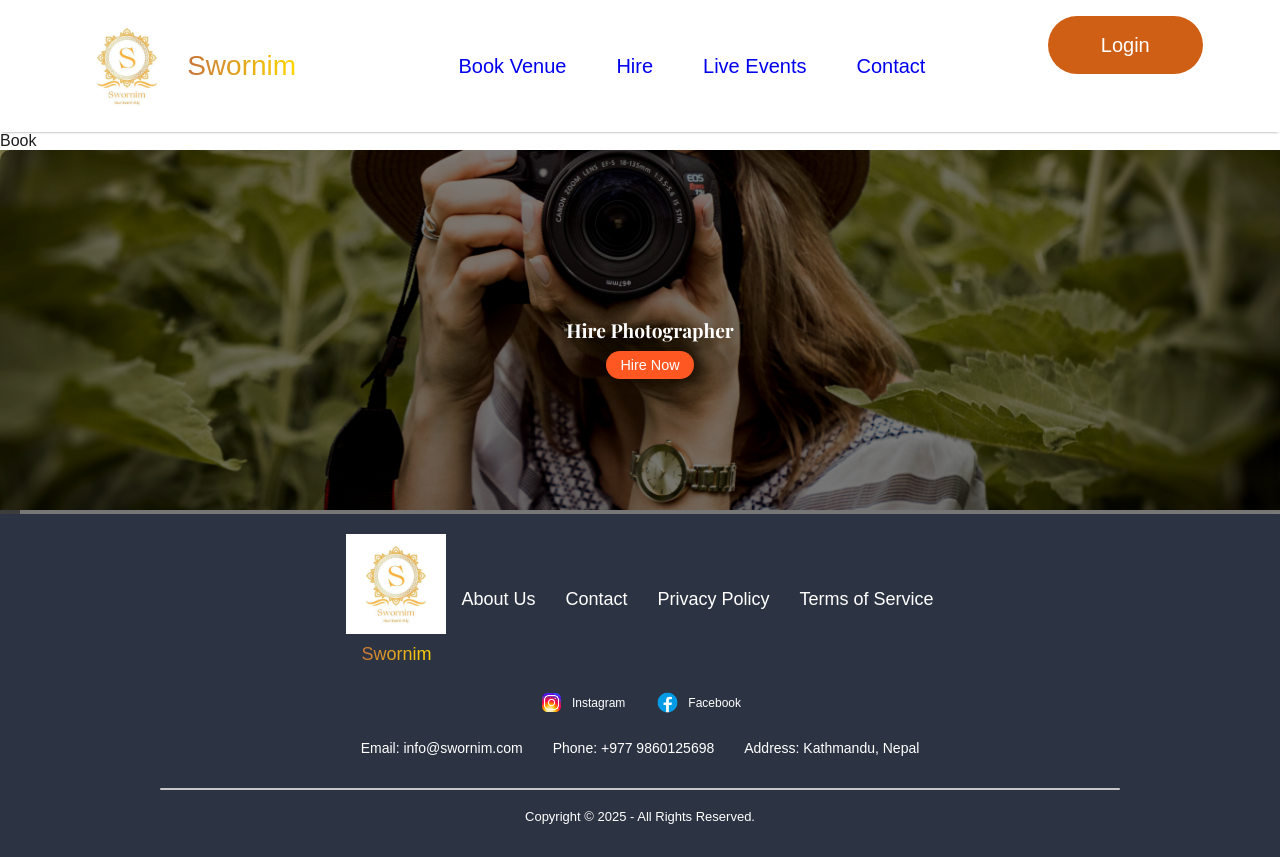
Repository: leonischu/Swornim
Page: / (app in frontend/)
The author's editor kept a copy of each file at every save. The page is drawn from the files as they stood at one save, then again after the next save.
The browser window is 1280 px wide. The pictures show the whole page.
Pictures or frames that could not be fetched are drawn as grey boxes. The project was rebuilt for these pictures with package versions that can differ from the ones it lists, and the page was loaded fresh each time. Also part of the build but not shown: frontend/src/App.css, frontend/src/Pages/Contact.jsx, frontend/src/Pages/LoginSignup.jsx.

Above is the page before, as saved 2025-06-01 19:17:24.

After the next save:
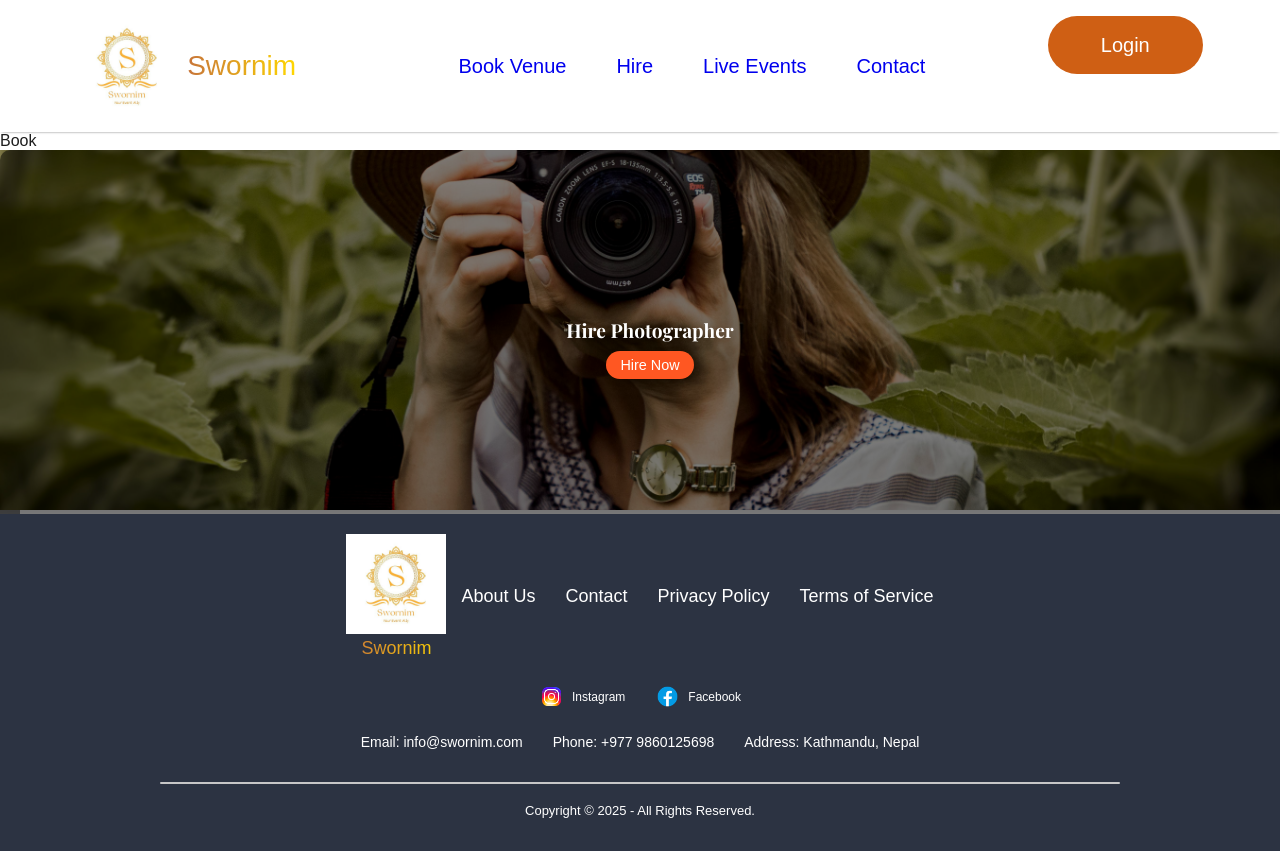
Saved 27 s later.
--- a/frontend/src/Components/Footer/Footer.css
+++ b/frontend/src/Components/Footer/Footer.css
@@ -12,7 +12,7 @@
 
 /* Top section with logo and links */
 .footer-top {
-   display: flex;
+display: flex;
   justify-content: center;
   align-items: center;
   gap: 15px;
@@ -22,7 +22,7 @@
 }
 
 .footer_logo {
-  display: flex;
+  /* display: flex; */
   flex-direction: column;
   align-items: center;
   gap: 10px;

After the save that followed:
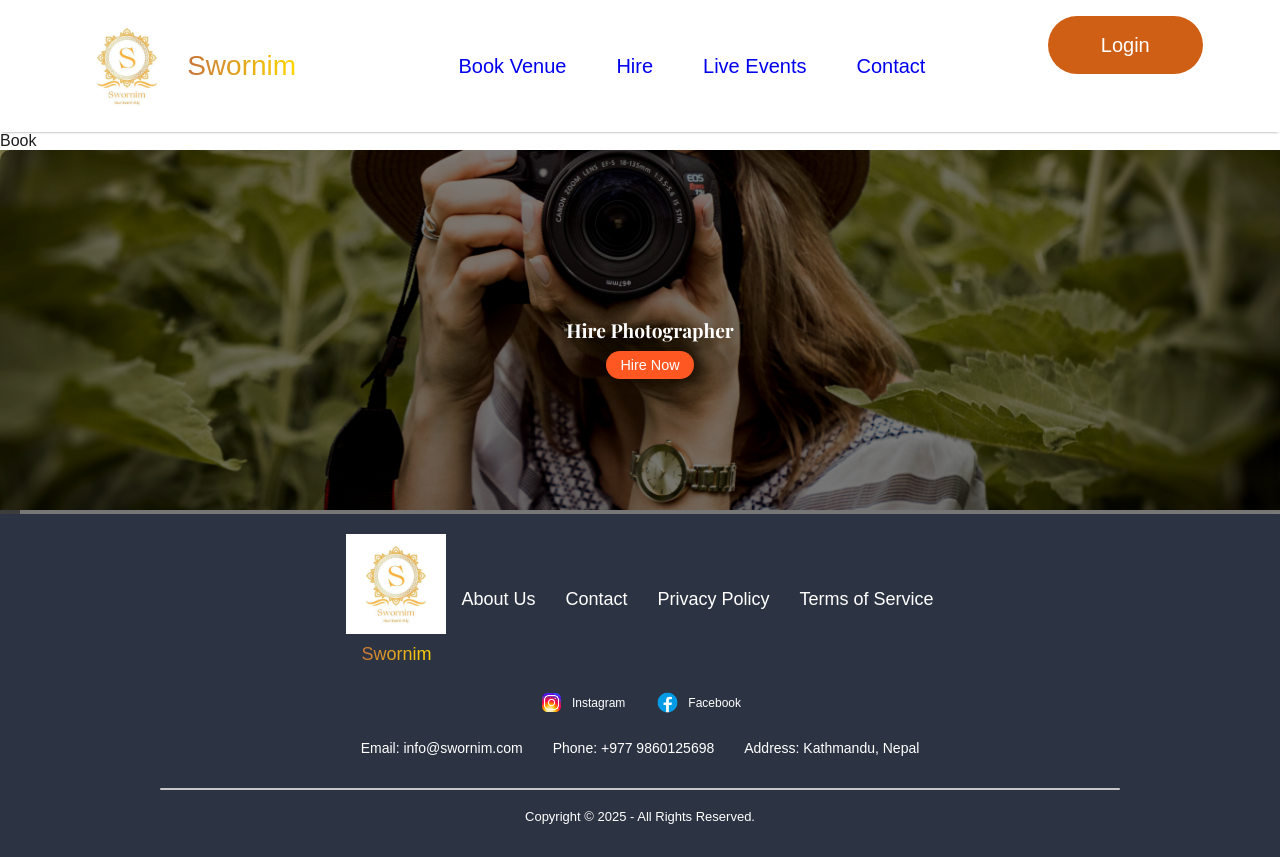
Saved 9 s later.
--- a/frontend/src/Components/Footer/Footer.css
+++ b/frontend/src/Components/Footer/Footer.css
@@ -22,7 +22,7 @@
 }
 
 .footer_logo {
-  /* display: flex; */
+  display: flex;
   flex-direction: column;
   align-items: center;
   gap: 10px;
